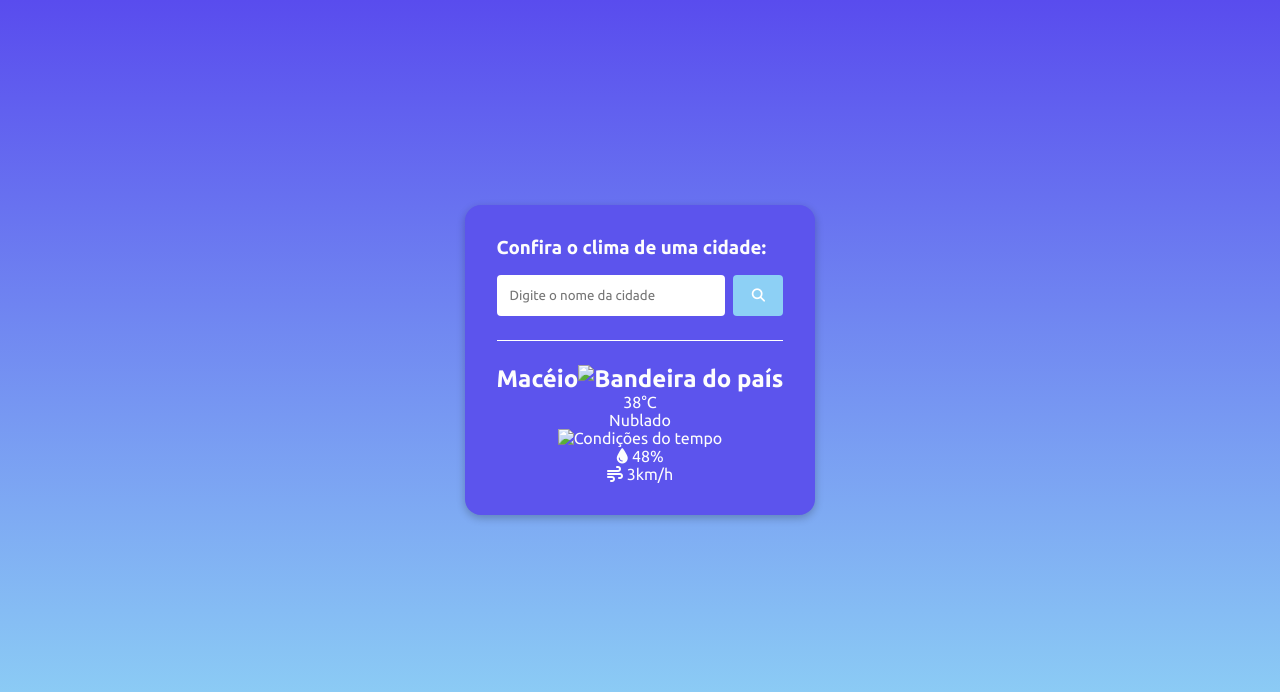
Repository: willamesalmeida/Clima
Page: index.html
An editor plug-in stored every save of this project. The page is shown before and after the next save, followed by the edit.
The browser window is 1280 px wide. The pictures show the whole page.

Above is the page before, as saved 2022-09-19 16:26:49.

### index.html
<!DOCTYPE html>
<html lang="en">
  <head>
    <meta charset="UTF-8" />
    <meta http-equiv="X-UA-Compatible" content="IE=edge" />
    <meta name="viewport" content="width=device-width, initial-scale=1.0" />
    <title>Clima</title>
    <link rel="stylesheet" href="css/styles.css" />
    <!-- Google Fonts -->
    <link rel="preconnect" href="https://fonts.googleapis.com" />
    <link rel="preconnect" href="https://fonts.gstatic.com" crossorigin />
    <link
      href="https://fonts.googleapis.com/css2?family=Roboto+Flex:opsz,wght@8..144,400;8..144,500&family=Roboto:ital,wght@0,100;0,300;0,400;0,500;0,700;0,900;1,100;1,300;1,400;1,500;1,700;1,900&family=Ubuntu:ital,wght@0,300;0,400;0,500;0,700;1,300;1,400;1,500;1,700&display=swap"
      rel="stylesheet"
    />
    <!-- Font Awesome -->
    <link
      rel="stylesheet"
      href="https://cdnjs.cloudflare.com/ajax/libs/font-awesome/6.2.0/css/all.min.css"
      integrity="sha512-xh6O/CkQoPOWDdYTDqeRdPCVd1SpvCA9XXcUnZS2FmJNp1coAFzvtCN9BmamE+4aHK8yyUHUSCcJHgXloTyT2A=="
      crossorigin="anonymous"
      referrerpolicy="no-referrer"
    />

    <script src="js/script.js"></script>
  </head>
  <body>
    <div class="container">
      <div class="form">
        <h3>Confira o clima de uma cidade:</h3>
        <div class="form-input-container">
          <input
            type="text"
            placeholder="Digite o nome da cidade"
            id="city-input"
          />
          <button id="search">
            <i class="fa-solid fa-magnifying-glass"></i>
          </button>
        </div>
      </div>
      <div id="weather-data">
        <h2>
          <i class="fa-solid fa.location-dot"></i>
          <span id="city">Macéio</span>
          <img src="" alt="Bandeira do país" id="country" />
        </h2>
        <p id="temperature"><span>38</span>&deg;C</p>
        <div id="description-container">
          <p id="descrition">Nublado</p>
          <img src="" alt="Condições do tempo" id="weather-icon" />
        </div>
        <div id="datails-container">
          <p id="umidity">
            <i class="fa-solid fa-droplet"></i>
            <span>48%</span>
          </p>
          <p id="wind">
            <i class="fa-solid fa-wind"></i>
            <span>3km/h</span>
          </p>
        </div>
      </div>
    </div>
  </body>
</html>

### css/styles.css
/* Geral */
*{
    padding: 0;
    margin: 0;
    font-family: "ubuntu", sans-serif;
}

body{
    background: linear-gradient(180deg, rgba(89,76,238,1)0%, #8dd0f5 100%);
    display: flex;
    justify-content: center;
    align-items: center;
    height: 100vh;
}
.hide{
    display: none;
}

.container{
    background-color: #5c54ed;
    box-shadow: rgba(0,0,0,0.24) 0px 3px 8px;
    padding: 2rem;
    color: #fdfdfd;
    border-radius: 1rem;
}

/* formulario */
.form h3{
    margin-bottom: 1rem;
}
.form-input-container{
    display: flex;
}
.form input{
    padding: 0.8rem;
    border:none;
    flex: 1;
    border-radius: 4px;

}

.form button{
    padding: 0.8rem;
    min-width: 50px;
    margin-left: 8px;
    background-color: #8dd0f5;
    color: #fff;
    border: none;
    border-radius: 4px;
    cursor: pointer;
}

/* Clima */
#weather-data{
    border-top: 1px solid #fff ;
    margin-top: 1.5rem;
    padding-top: 1.5rem;
    text-align: center;
}

#weather-data h2 {
    display: flex;
    justify-content: center;
}

### js/script.js
//chave da API
//f5efb8fb1dbd3febf146ae616cdf96b5

After the next save:
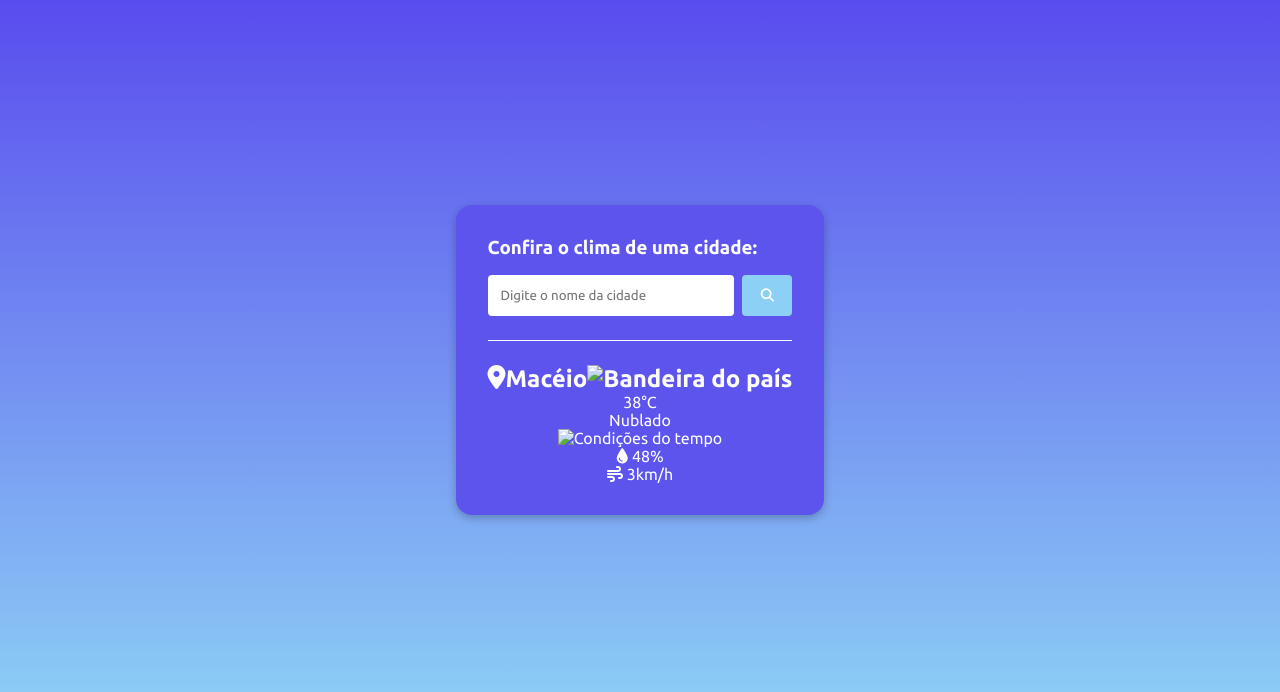
Saved 47 s later.
--- a/index.html
+++ b/index.html
@@ -41,7 +41,7 @@
       </div>
       <div id="weather-data">
         <h2>
-          <i class="fa-solid fa.location-dot"></i>
+          <i class="fa-solid fa-location-dot"></i>
           <span id="city">Macéio</span>
           <img src="" alt="Bandeira do país" id="country" />
         </h2>
